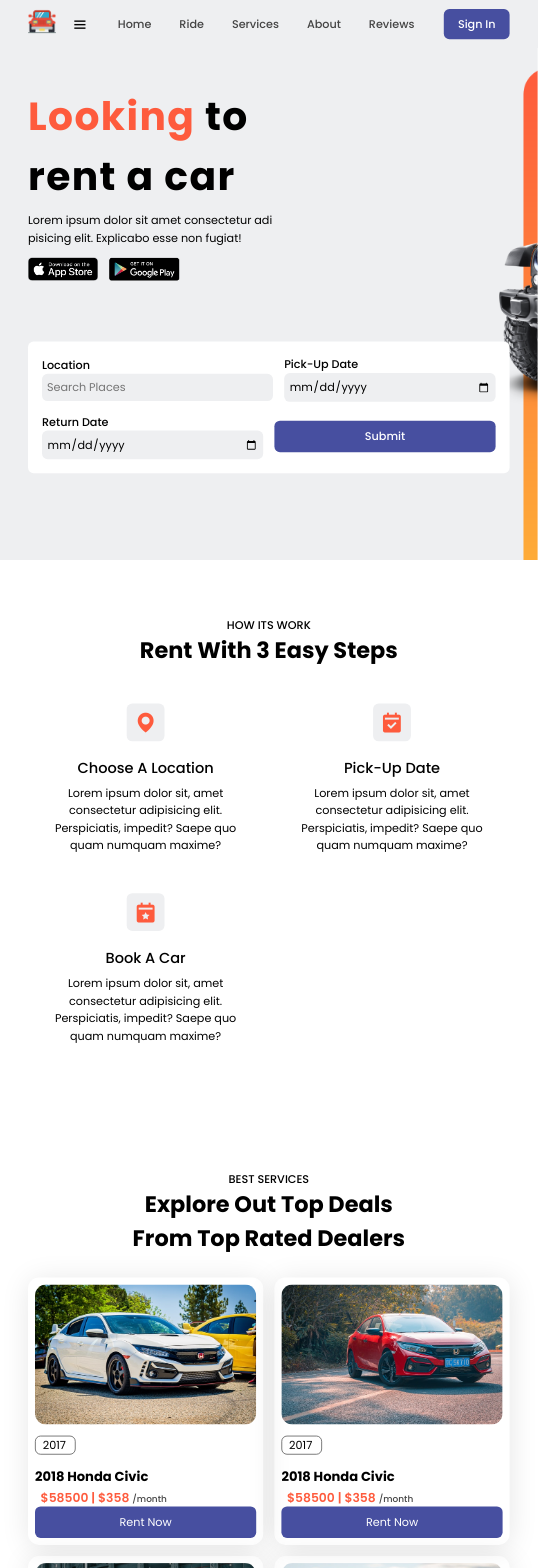
Repository: douglasabnovato/car-rental
Page: index.html
The author's editor kept a copy of each file at every save. The page is drawn from the files as they stood at one save, then again after the next save.
The browser window is 768 px wide. The pictures show the part of the page from y = 0 to 2240 px (the page is 4778 px tall), at 70% of full size.

Above is the page before, as saved 2025-05-16 21:35:55.

### index.html
<!DOCTYPE html>
<html lang="en">
  <head>
    <meta charset="UTF-8" />
    <meta name="viewport" content="width=device-width, initial-scale=1.0" />
    <title>Car Rental</title>
    <link
      rel="stylesheet"
      href="https://cdn.jsdelivr.net/npm/boxicons@latest/css/boxicons.min.css"
    />
    <link rel="stylesheet" href="./style.css" />
  </head>
  <body>
    <!-- Header -->
    <header>
      <a href="#" class="logo"
        ><img src="./assets/jeep.png" alt="logo da car rental" srcset=""
      /></a>
      <div class="bx bx-menu" id="menu-icon"></div>
      <ul class="navbar">
        <li><a href="#home">Home</a></li>
        <li><a href="#ride">Ride</a></li>
        <li><a href="#services">Services</a></li>
        <li><a href="#about">About</a></li>
        <li><a href="#reviews">Reviews</a></li>
      </ul>
      <div class="header-btn">
        <a href="#" class="sign-up">Sign Up</a>
        <a href="#" class="sign-in">Sign In</a>
      </div>
    </header>

    <!-- Home -->
    <section class="home" id="home">
      <div class="text">
        <h1>
          <span>Looking</span> to <br />
          rent a car
        </h1>
        <p>
          Lorem ipsum dolor sit amet consectetur adi <br />
          pisicing elit. Explicabo esse non fugiat!
        </p>
        <div class="app-stores">
          <img src="./assets/ios.png" alt="" />
          <img src="./assets/play.png" alt="" />
        </div>
      </div>
      <div class="form-container">
        <form action="">
          <div class="input-box">
            <span>Location</span>
            <input type="search" name="" id="" placeholder="Search Places" />
          </div>
          <div class="input-box">
            <span>Pick-Up Date</span>
            <input type="date" name="" id="" />
          </div>
          <div class="input-box">
            <span>Return Date</span>
            <input type="date" name="" id="" />
          </div>
          <input type="submit" name="" id="" class="btn" />
        </form>
      </div>
    </section>

    <!-- Ride -->
    <section class="ride" id="ride">
      <div class="heading">
        <span>How Its Work</span>
        <h1>Rent With 3 Easy Steps</h1>
      </div>
      <div class="ride-container">
        <div class="box">
          <i class="bx bxs-map"></i>
          <h2>Choose A Location</h2>
          <p>
            Lorem ipsum dolor sit, amet consectetur adipisicing elit.
            Perspiciatis, impedit? Saepe quo quam numquam maxime?
          </p>
        </div>
        <div class="box">
          <i class="bx bxs-calendar-check"></i>
          <h2>Pick-Up Date</h2>
          <p>
            Lorem ipsum dolor sit, amet consectetur adipisicing elit.
            Perspiciatis, impedit? Saepe quo quam numquam maxime?
          </p>
        </div>
        <div class="box">
          <i class="bx bxs-calendar-star"></i>
          <h2>Book A Car</h2>
          <p>
            Lorem ipsum dolor sit, amet consectetur adipisicing elit.
            Perspiciatis, impedit? Saepe quo quam numquam maxime?
          </p>
        </div>
      </div>
    </section>

    <!-- Services -->
    <section class="services" id="services">
      <div class="heading">
        <span>Best Services</span>
        <h1>
          Explore Out Top Deals <br />
          From Top Rated Dealers
        </h1>
      </div>
      <div class="services-container">
        <div class="box">
          <div class="box-img">
            <img src="./assets/car1.jpg" alt="car1" />
          </div>
          <p>2017</p>
          <h3>2018 Honda Civic</h3>
          <h2>$58500 | $358 <span> /month</span></h2>
          <a href="#" class="btn">Rent Now</a>
        </div>

        <div class="box">
          <div class="box-img">
            <img src="./assets/car2.jpg" alt="car1" />
          </div>
          <p>2017</p>
          <h3>2018 Honda Civic</h3>
          <h2>$58500 | $358 <span> /month</span></h2>
          <a href="#" class="btn">Rent Now</a>
        </div>

        <div class="box">
          <div class="box-img">
            <img src="./assets/car3.jpg" alt="car1" />
          </div>
          <p>2017</p>
          <h3>2018 Honda Civic</h3>
          <h2>$58500 | $358 <span> /month</span></h2>
          <a href="#" class="btn">Rent Now</a>
        </div>

        <div class="box">
          <div class="box-img">
            <img src="./assets/car4.jpg" alt="car1" />
          </div>
          <p>2017</p>
          <h3>2018 Honda Civic</h3>
          <h2>$58500 | $358 <span> /month</span></h2>
          <a href="#" class="btn">Rent Now</a>
        </div>

        <div class="box">
          <div class="box-img">
            <img src="./assets/car5.jpg" alt="car1" />
          </div>
          <p>2017</p>
          <h3>2018 Honda Civic</h3>
          <h2>$58500 | $358 <span> /month</span></h2>
          <a href="#" class="btn">Rent Now</a>
        </div>

        <div class="box">
          <div class="box-img">
            <img src="./assets/car6.jpg" alt="car1" />
          </div>
          <p>2017</p>
          <h3>2018 Honda Civic</h3>
          <h2>$58500 | $358 <span> /month</span></h2>
          <a href="#" class="btn">Rent Now</a>
        </div>
      </div>
    </section>

    <!-- About -->
    <section class="about" id="about">
      <div class="heading">
        <span>About Us</span>
        <h1>Best Customer Experience</h1>
      </div>
      <div class="about-container">
        <div class="about-img">
          <img src="./assets/about.png" alt="" />
        </div>
        <div class="about-text">
          <span>About Us</span>
          <p>
            Lorem ipsum dolor sit amet consectetur adipisicing elit. Nemo atque
            quidem excepturi sunt est qui corporis iusto quo nobis vitae
            molestias veniam deleniti fugiat, beatae iste doloribus rerum
            officiis iure voluptates perferendis eaque ratione?
          </p>
          <a href="#" class="btn">Learn More</a>
        </div>
      </div>
    </section>

    <!-- Reviews -->
    <section class="reviews" id="reviews">
      <div class="heading">
        <span>Reviews</span>
        <h1>Whats Our Customer Say</h1>
      </div>
      <div class="reviews-container">
        <div class="box">
          <div class="rev-img">
            <img src="./assets/rev1.jpg" alt="" />
          </div>
          <h2>Someone Name</h2>
          <div class="stars">
            <i class="bx bxs-star"></i>
            <i class="bx bxs-star"></i>
            <i class="bx bxs-star"></i>
            <i class="bx bxs-star"></i>
            <i class="bx bxs-star-half"></i>
          </div>
          <p>
            Lorem ipsum dolor sit amet consectetur adipisicing elit. Explicabo
            qui similique laborum hic molestiae. Quaerat ipsa cum sit.
          </p>
        </div>
        <div class="box">
          <div class="rev-img">
            <img src="./assets/rev2.jpg" alt="" />
          </div>
          <h2>Someone Name</h2>
          <div class="stars">
            <i class="bx bxs-star"></i>
            <i class="bx bxs-star"></i>
            <i class="bx bxs-star"></i>
            <i class="bx bxs-star"></i>
            <i class="bx bxs-star-half"></i>
          </div>
          <p>
            Lorem ipsum dolor sit amet consectetur adipisicing elit. Explicabo
            qui similique laborum hic molestiae. Quaerat ipsa cum sit.
          </p>
        </div>
        <div class="box">
          <div class="rev-img">
            <img src="./assets/rev3.jpg" alt="" />
          </div>
          <h2>Someone Name</h2>
          <div class="stars">
            <i class="bx bxs-star"></i>
            <i class="bx bxs-star"></i>
            <i class="bx bxs-star"></i>
            <i class="bx bxs-star"></i>
            <i class="bx bxs-star-half"></i>
          </div>
          <p>
            Lorem ipsum dolor sit amet consectetur adipisicing elit. Explicabo
            qui similique laborum hic molestiae. Quaerat ipsa cum sit.
          </p>
        </div>
      </div>
    </section>

    <!-- Newsletter -->
    <section class="newsletter">
      <h2>Subscribe To Newsletter</h2>
      <div class="box">
        <input type="text" placeholder="Enter Your E-mail ..." />
        <a href="#" class="btn">Subscribe</a>
      </div>
    </section>

    <!-- Copyright -->
    <div class="copyright">
      <p>&#169; @douglasabnovato All Right Reserved</p>
      <div class="social">
        <a href="#"><i class="bx bxl-facebook"></i></a>
        <a href="#"><i class="bx bxl-twitter"></i></a>
        <a href="#"><i class="bx bxl-instagram"></i></a>
      </div>
    </div>

    <!-- Link to JS -->
    <script src="./script.js"></script>
  </body>
</html>

### style.css
@import url("https://fonts.googleapis.com/css2?family=Noto+Sans:ital,wght@0,100..900;1,100..900&family=Poppins:ital,wght@0,100;0,200;0,300;0,400;0,500;0,600;0,700;0,800;0,900;1,100;1,200;1,300;1,400;1,500;1,600;1,700;1,800;1,900&display=swap");

* {
  margin: 0;
  padding: 0;
  box-sizing: border-box;
  scroll-padding-top: 2rem;
  scroll-behavior: smooth;
  list-style: none;
  text-decoration: none;
  font-family: "Poppins", sans-serif;
}

:root {
  --main-color: #fe5b3d;
  --second-color: #ffac38;
  --text-color: #444;
  --gradient: linear-gradient(#fe5b3d, #ffac38);
}

html::-webkit-scrollbar {
  width: 0.5rem;
}

html::-webkit-scrollbar-track {
  background: transparent;
}

html::-webkit-scrollbar-thumb {
  background: var(--main-color);
  border-radius: 5rem;
}

section {
  padding: 50px 100px;
}

/* Header */

header {
  position: fixed;
  width: 100%;
  top: 0;
  right: 0;
  z-index: 1000;
  display: flex;
  align-items: center;
  justify-content: space-between;
  background: #eeeff1;
  padding: 15px 100px;
}

.logo img {
  width: 40px;
}

.navbar {
  display: flex;
}

.navbar li {
  position: relative;
}

.navbar a {
  font-size: 1rem;
  padding: 10px 20px;
  color: var(--text-color);
  font-weight: 500;
}

.navbar a:after {
  content: "";
  width: 0;
  height: 3px;
  background: var(--gradient);
  position: absolute;
  bottom: -4px;
  left: 0;
  transition: 0.5s;
}

.navbar a:hover::after {
  width: 100%;
}

#menu-icon {
  font-size: 24px;
  cursor: pointer;
  z-index: 10001;
  display: none;
}

.header-btn a {
  padding: 10px 20px;
  color: var(--text-color);
  font-weight: 500;
}

.header-btn .sign-in {
  background: #474fa0;
  color: #fff;
  border-radius: 0.5rem;
}

.header-btn .sign-in:hover {
  background: var(--main-color);
}

/* Home */
.home {
  width: 100%;
  min-height: 100vh;
  position: relative;
  background: url(./assets/Car\ Website\ –\ 1@2x.png);
  background-repeat: no-repeat;
  background-position: center right;
  background-size: cover;
  display: grid;
  align-items: center;
  grid-template-columns: repeat(2, 1fr);
}

.text h1 {
  font-size: 3.5rem;
  letter-spacing: 2px;
}

.text span {
  color: var(--main-color);
}

.text p {
  margin: 0.5rem 0 1rem;
}

.app-stores {
  display: flex;
}

.app-stores img {
  width: 100px;
  margin-right: 1rem;
  cursor: pointer;
}

.form-container form {
  display: flex;
  flex-wrap: wrap;
  align-items: center;
  gap: 1rem;
  position: absolute;
  bottom: 4rem;
  left: 100px;
  background: #fff;
  padding: 20px;
  border-radius: 0.5rem;
}

.input-box {
  flex: 1 1 7rem;
  display: flex;
  flex-direction: column;
}

.input-box span {
  font-weight: 500;
}

.input-box input {
  padding: 7px;
  outline: none;
  border: none;
  background: #eeeff1;
  border-radius: 0.5rem;
  font-size: 1rem;
}

.form-container form .btn {
  flex: 1 1 7rem;
  padding: 10px 34px;
  border: none;
  border-radius: 0.5rem;
  background: #474fa0;
  color: #fff;
  font-size: 1rem;
  font-weight: 500;
}

.form-container form .btn:hover {
  background: var(--main-color);
  cursor: pointer;
}

/* Ride */
.heading {
  text-align: center;
}

.heading span {
  font-weight: 500;
  text-transform: uppercase;
}

.heading h1 {
  font-size: 2rem;
}

.ride-container {
  display: grid;
  align-items: center;
  grid-template-columns: repeat(auto-fit, minmax(250px, auto));
  gap: 1rem;
  margin-top: 2rem;
}

.ride-container .box {
  text-align: center;
  padding: 20px;
}

.ride-container .box .bx {
  font-size: 34px;
  padding: 10px;
  background: #eeeff1;
  border-radius: 0.5rem;
  color: var(--main-color);
}

.ride-container .box h2 {
  font-size: 1.3rem;
  font-weight: 500;
  margin: 1.4rem 0 0.5rem;
}

.ride-container .box .bx:hover,
.ride-container .box .bx .bxs-calendar-star {
  background: var(--gradient);
  color: #fff;
}

/* Services */
.services-container {
  display: grid;
  grid-template-columns: repeat(auto-fit, minmax(300px, auto));
  gap: 1rem;
  margin-top: 2rem;
}

.services-container .box {
  padding: 10px;
  border-radius: 1rem;
  box-shadow: 1px 4px 41px rgba(0, 0, 0, 0.1);
}

.services-container .box .box-img {
  width: 100%;
  height: 200px;
}

.services-container .box .box-img img {
  width: 100%;
  height: 100%;
  border-radius: 1rem;
  object-fit: cover;
  object-position: center;
}

.services-container .box p {
  padding: 0 10px;
  border: 1px solid var(--text-color);
  width: 58px;
  border-radius: 0.5rem;
  margin: 1rem 0 1rem;
}

.services-container .box h2 {
  font-size: 1.1rem;
  font-weight: 600;
  color: var(--main-color);
  margin: 0.2rem 0 0 0.5rem;
}

.services-container .box h2 span {
  font-size: 0.8rem;
  font-weight: 500;
  color: var(--text-color);
}

.services-container .box .btn {
  display: flex;
  justify-content: center;
  background: #474fa0;
  color: #fff;
  padding: 10px;
  border-radius: 0.5rem;
}

.services-container .box .btn:hover {
  background: var(--main-color);
}

/* About */
.about-container {
  display: grid;
  grid-template-columns: repeat(2, 1fr);
  margin-top: 2rem;
  align-items: center;
  gap: 1rem;
}

.about-img img {
  width: 100%;
}

.about-text span {
  font-weight: 500;
  color: var(--main-color);
  text-transform: uppercase;
}

.about-text p {
  margin: 0.5rem 0 1.4rem;
}

.about-text .btn {
  padding: 10px 20px;
  background: #474fa0;
  color: #fff;
  border-radius: 0.5rem;
}

.about-text .btn:hover {
  background: var(--main-color);
}

/* Review */
.reviews-container {
  display: grid;
  grid-template-columns: repeat(auto-fit, minmax(250px, auto));
  gap: 1rem;
  margin-top: 2rem;
}

.rev-img {
  width: 70px;
  height: 70px;
}

.rev-img img {
  width: 100%;
  height: 100%;
  border-radius: 50%;
  object-fit: cover;
  object-position: center;
  border: 2px solid var(--second-color);
}

.reviews-container .box {
  display: flex;
  flex-direction: column;
  align-items: center;
  text-align: center;
  padding: 20px;
  box-shadow: 1px 4px 41px rgba(0, 0, 0, 0.1);
  border-radius: 0.5rem;
}

.reviews-container .box h2 {
  font-size: 1.1rem;
  font-weight: 600;
  margin: 0.5rem 0 0.5rem;
}

.reviews-container .box p {
  font-style: italic;
}

.reviews-container .box .stars .bx {
  color: var(--main-color);
}

/* Newsletter */
.newsletter {
  background: linear-gradient(to top right, #fe5b3d, #ffac38);
  display: flex;
  flex-direction: column;
  align-items: center;
}

.newsletter h2 {
  color: #fff;
  font-size: 1.8rem;
}

.newsletter .box {
  margin-top: 1rem;
  background: #fff;
  border-radius: 0.5rem;
  padding: 4px 8px;
  width: 350px;
  display: flex;
  justify-content: space-between;
}

.newsletter .box input {
  border: none;
  outline: none;
}

.newsletter .box .btn {
  background: #474fa0;
  color: #fff;
  padding: 8px 20px;
  border-radius: 0.5rem;
}

/* Copyright */
.copyright {
  padding: 20px;
  display: flex;
  justify-content: space-between;
  align-items: center;
}

.social a {
  color: #444;
  padding: 10px;
  font-size: 21px;
  transition: font-size 2s;
}

.social a:hover {
  font-size: 24px;
  color: #fe5b3d;
}

/* Responsive */

@media (max-width: 991px) {
  header {
    padding: 18px 40px;
  }
  section {
    padding: 80px 40px;
  }
}

@media (max-width: 891px) {
  .home {
    background-position: left;
  }
  .form-container form {
    bottom: 0.2rem;
    left: 40px;
  }
}

@media (max-width: 768px) {
  header {
    padding: 11px 40px;
  }

  #menu-icon {
    display: initial;
  }

  .sign-up {
    display: none;
  }

  .text h2 {
    font-size: 2.5rem;
  }

  .home {
    grid-template-columns: 1fr;
  }

  .form-container form {
    position: unset;
  }
}

Loaded but not shown: script.js (no stored copy; drawn as an empty file)

After the next save:
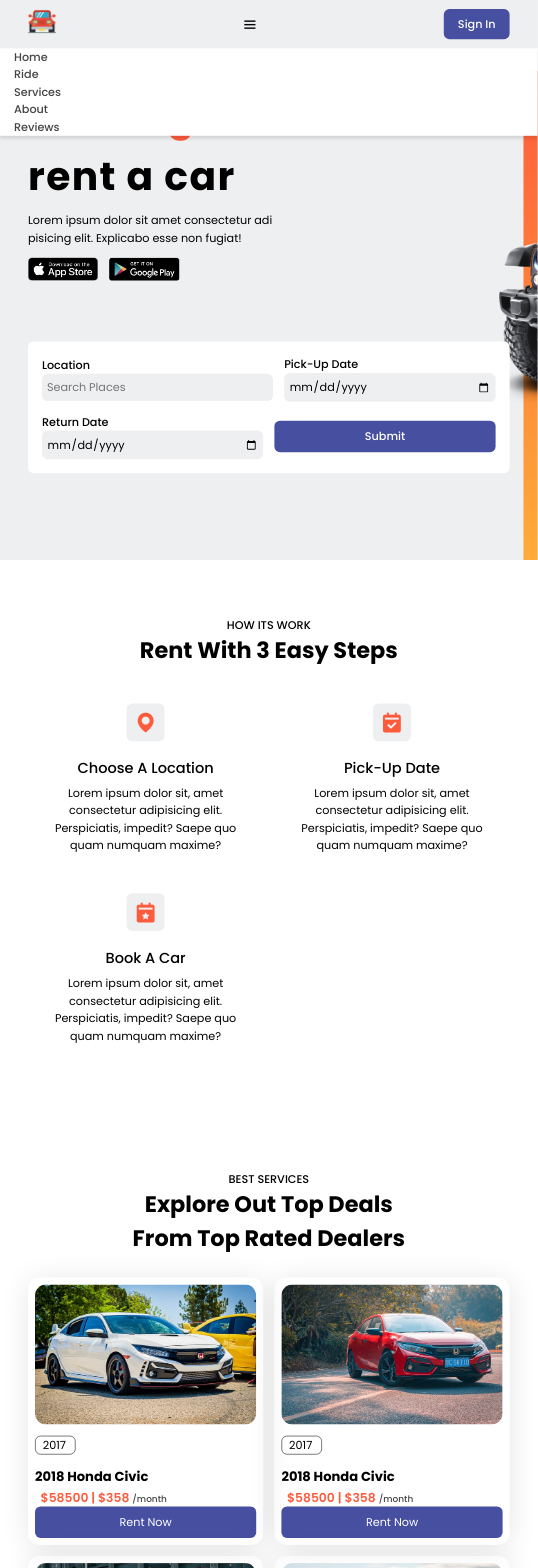
Saved 3 min 32 s later.
--- a/style.css
+++ b/style.css
@@ -480,4 +480,15 @@ header {
   .form-container form {
     position: unset;
   }
-}
+
+  header .navbar {
+    position: absolute;
+    top: 100%;
+    left: 0;
+    right: 0;
+    display: flex;
+    flex-direction: column;
+    background: #fff;
+    box-shadow: 0 4px 4px rgba(0, 0, 0, .1);
+  }
+}
